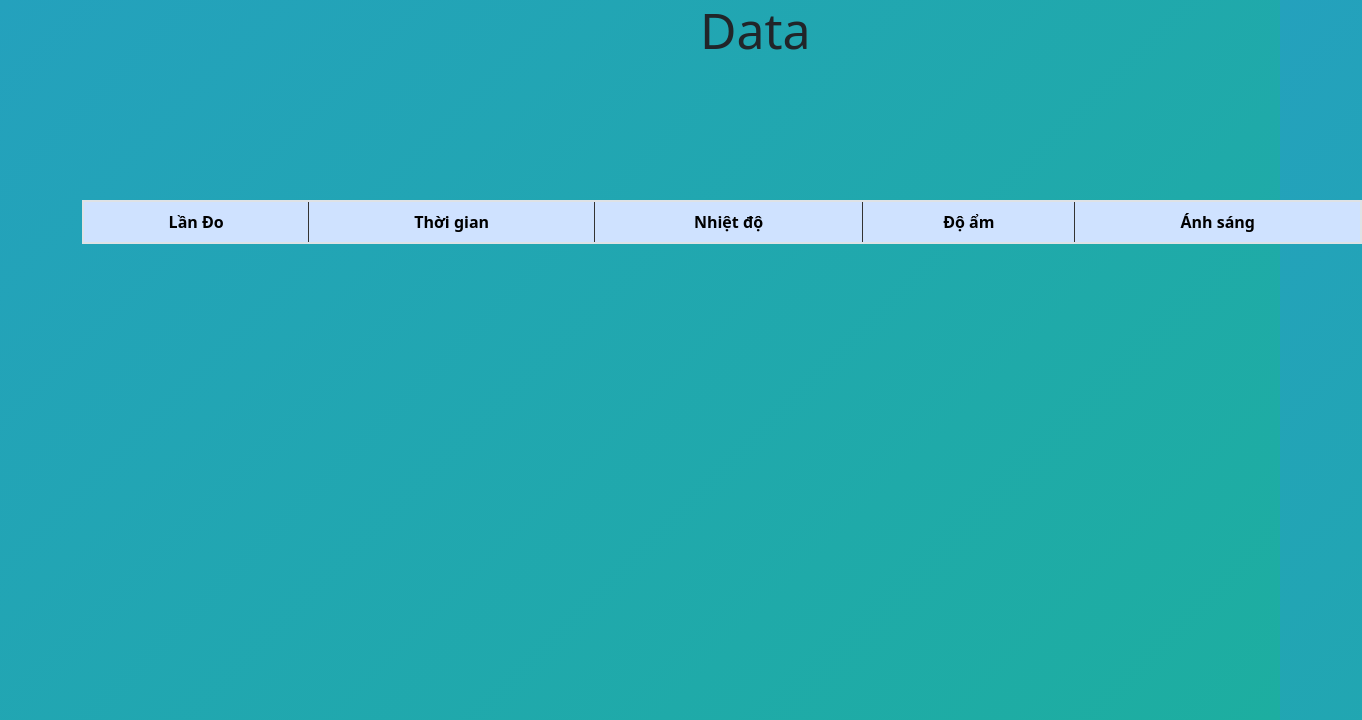
Repository: ndmq03102002/BTL_IOT
Page: Fontend_IOT/iot/data.html
The author's editor kept a copy of each file at every save. The page is drawn from the files as they stood at one save, then again after the next save.
The browser window is 1280 px wide. The page is 1362 px wide, so the pictures cover 1362 px, including what lies to the right of the window. The pictures show the whole page.
The page's requests for data from a server got no answer.

Above is the page before, as saved 2023-09-08 00:09:53.

### Fontend_IOT/iot/data.html
<!DOCTYPE html>
<html lang="en">
  <head>
    <meta charset="UTF-8" />
    <meta name="viewport" content="width=device-width, initial-scale=1.0" />
    <title>DATA</title>
    <link rel="stylesheet" href="bootstrap/css/bootstrap.css" />
    <style>
      body {
        position: relative;
        background: linear-gradient(135deg, #24a1bd, #1daea0);
        height: 100vh;
      }
      form {
        position: absolute;
        top: 100px;
        left: 600px;
      }
      input {
        width: 50px;
        border: 2px solid #75e4b0ed;
        padding-left: 100px;
        margin-right: 20px;
      }
      table {
        position: absolute;
        width: 100%;
        top: 200px;
        border-collapse: collapse;
        border: 2px solid #333;
        background-color: white;

      }
      th,
      td {
        border: 1px solid #333;
        padding: 8px;
        text-align: center;
      }
      label {
        color: rgb(13 10 0);
      }
    </style>
  </head>
  <body>
    <h1 style="margin-left: 700px; font-size: 50px">Data</h1>
    <div class="container">
    <table class="table table-hover" >
      <thead class="table-primary">
        <tr>
          <th>Lần Đo</th>
          <th>Thời gian</th>
          <th>Nhiệt độ</th>
          <th>Độ ẩm</th>
          <th>Ánh sáng</th>
        </tr>
      </thead>
      <tbody>
        <!-- data from database -->
      </tbody>
    </table>
  </div>
  </body>
  <script>
    function getTempAllData() {
      fetch("http://localhost:8080/getAllData")
        .then(function (response) {
          return response.json();
        })
        .then(function (posts) {
          const tbodyElement = document.querySelector("tbody");
          let string = " ";
          for (let key of posts) {
            string += `<tr> <td>${key.id}</td> <td>${key.time}</td>  <td>${key.temperature}</td>   <td>${key.humidity}</td>  <td>${key.light}</td> </tr>`;
          }
          console.log(string);
          tbodyElement.innerHTML = string;
        })
        .catch(function (err) {
          console.log(err);
        });
    }
    getTempAllData();
  </script>
</html>

Loaded but not shown: Fontend_IOT/iot/bootstrap/css/bootstrap.css (library)

After the next save:
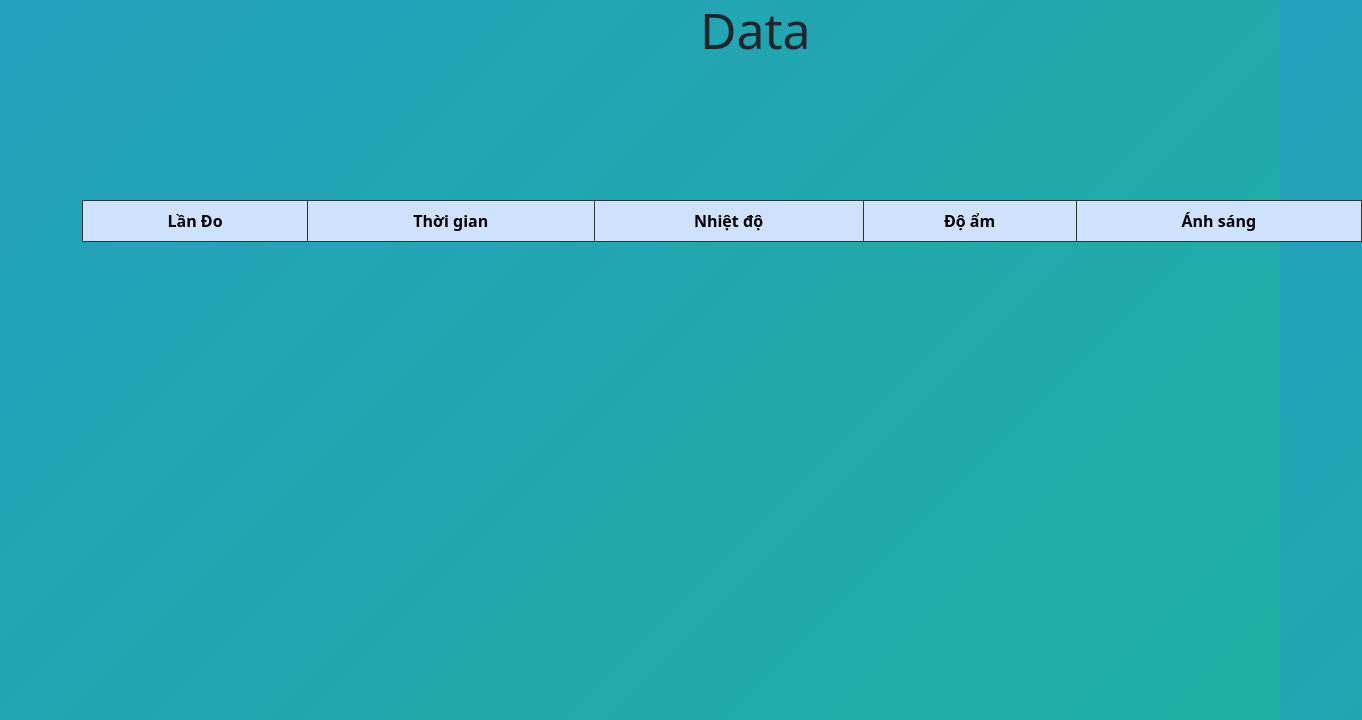
Saved 22 s later.
--- a/Fontend_IOT/iot/data.html
+++ b/Fontend_IOT/iot/data.html
@@ -27,8 +27,6 @@
         width: 100%;
         top: 200px;
         border-collapse: collapse;
-        border: 2px solid #333;
-        background-color: white;
 
       }
       th,
